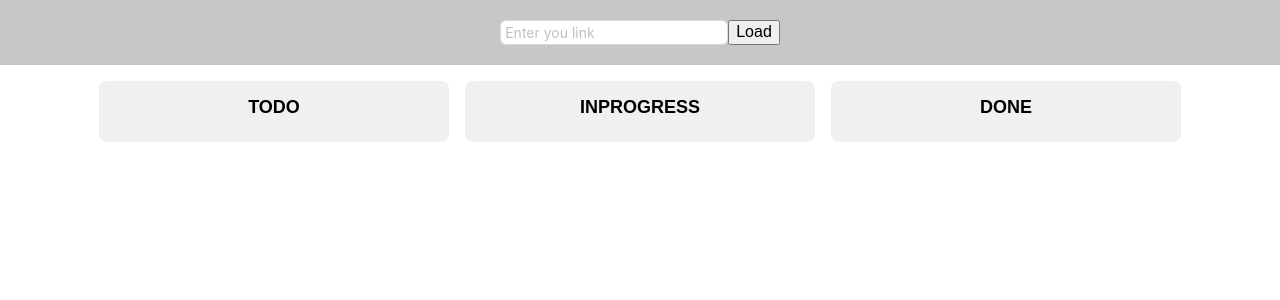
Repository: dVaselevsliy/kanban-test
Page: /
The author's editor kept a copy of each file at every save. The page is drawn from the files as they stood at one save, then again after a run of saves.
The browser window is 1280 px wide. The pictures show the whole page.
The project was rebuilt for these pictures with package versions that can differ from the ones it lists, and the page was loaded fresh each time. Also part of the build but not shown: vite.config.ts, src/helpers/timeAgo.js, src/components/Issue.tsx.

Above is the page before, as saved 2025-03-03 01:46:40.

After the next 4 saves:
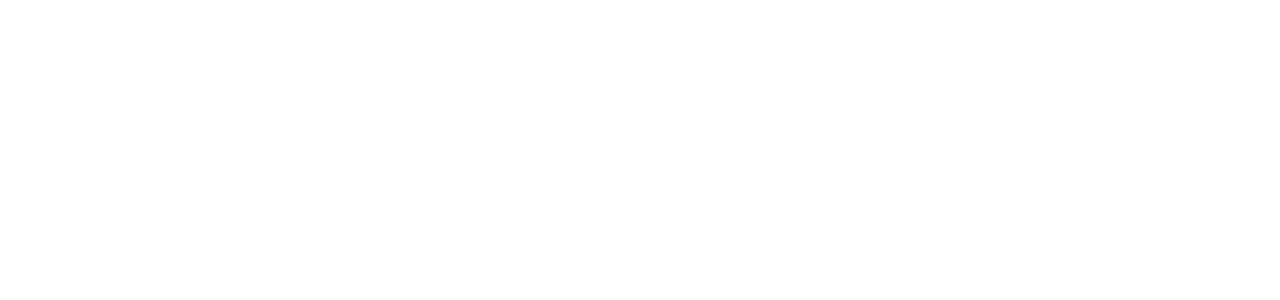
Console error: ReferenceError: Button is not defined
The 4 saves are shown as one change because they came seconds apart.
The last was saved 104 s later.
--- a/src/App.tsx
+++ b/src/App.tsx
@@ -66,8 +66,8 @@
             id="query"
             type="text" />
 
+          <Button>Default Button</Button>
           <button
-
             type="submit"
           >
             Load

After the save that followed:
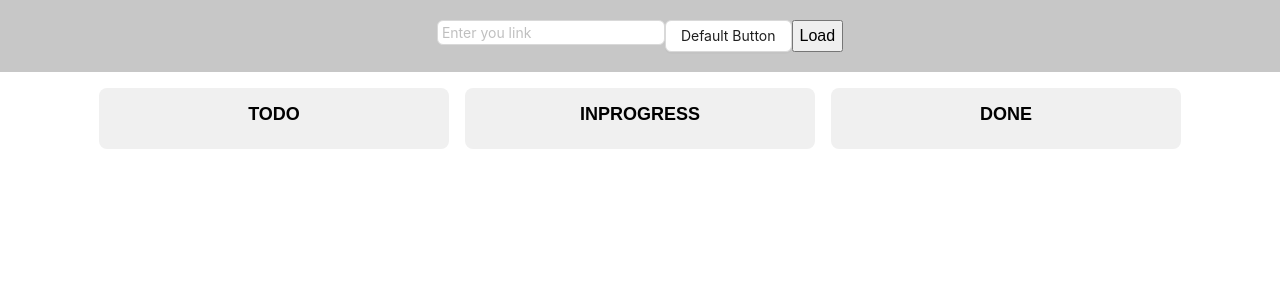
The error is gone.
Saved 4 s later.
--- a/src/App.tsx
+++ b/src/App.tsx
@@ -3,7 +3,7 @@
 import { useAppDispatch, useAppSelector } from "./redux/hooks"
 import { setIssues, setLink, setQuery} from "./array/dataArray"
 import { getGitHubLink } from "./api"
-import { Input } from 'antd';
+import { Button, Input } from 'antd';
 
 
 function App() {
